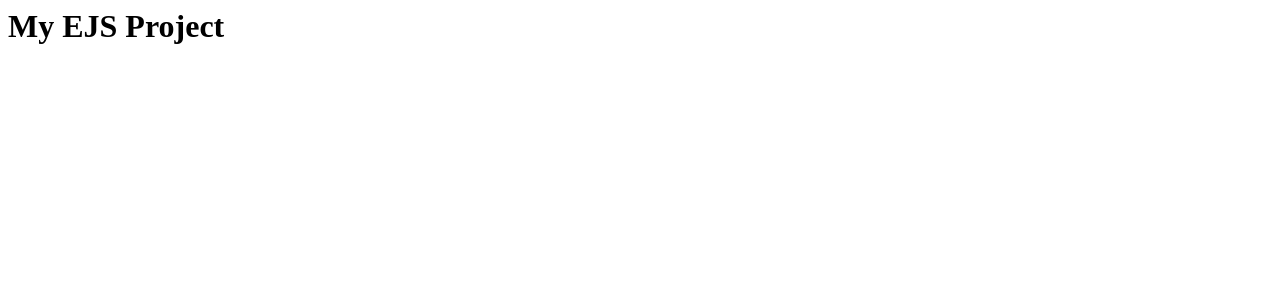
Repository: comp426-2023-spring/a99-SnowPile
Page: http://localhost/
The author's editor kept a copy of each file at every save. The page is drawn from the files as they stood at one save, then again after a run of saves.
The browser window is 1280 px wide. The pictures show the whole page.
The page is served by the project's Node server (app.js).

Above is the page before, as saved 2023-04-15 17:28:17.

After the next 2 saves:
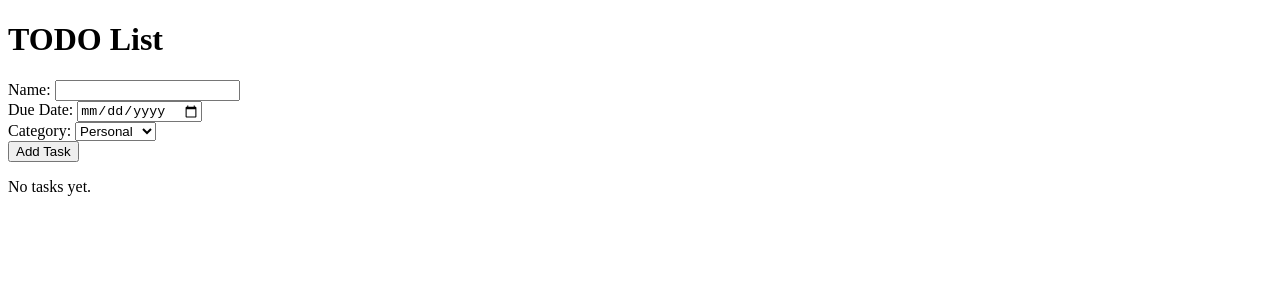
Not found: frontend/styles.css
The 2 saves are shown as one change because 1 did not build or start.
The last was saved 12 min 7 s later.
--- a/frontend/views/index.ejs
+++ b/frontend/views/index.ejs
@@ -1,8 +1,46 @@
+<!DOCTYPE html>
 <html>
 <head>
-  <title><%= title %></title>
+  <title>TODO List</title>
+  <link rel="stylesheet" type="text/css" href="/styles.css">
 </head>
 <body>
-  <h1><%= title %></h1>
+  <h1>TODO List</h1>
+  <form action="/addTask" method="post">
+    <label for="name">Name:</label>
+    <input type="text" name="name" id="name" required>
+    <br>
+    <label for="date">Due Date:</label>
+    <input type="date" name="date" id="date" required>
+    <br>
+    <label for="category">Category:</label>
+    <select name="category" id="category">
+      <option value="personal">Personal</option>
+      <option value="academic">Academic</option>
+      <option value="work">Work</option>
+    </select>
+    <br>
+    <button type="submit">Add Task</button>
+  </form>
+
+  <% if (tasks.length > 0) { %>
+    <ul>
+      <% tasks.forEach((task, index) => { %>
+        <li>
+          <%= task.name %> - <%= task.date %> (<%= task.category %>)
+          <form action="/updateTask" method="post">
+            <input type="hidden" name="index" value="<%= index %>">
+            <label for="name">Name:</label>
+            <input type="text" name="name" value="<%= task.name %>" required>
+            <label for="date">Due Date:</label>
+            <input type="date" name="date" value="<%= task.date %>" required>
+            <button type="submit">Update</button>
+          </form>
+        </li>
+      <% }) %>
+    </ul>
+  <% } else { %>
+    <p>No tasks yet.</p>
+  <% } %>
 </body>
 </html>
--- a/frontend/app.js
+++ b/frontend/app.js
@@ -1,12 +1,54 @@
 const express = require('express');
+const bodyParser = require('body-parser');
 const app = express();
+const port = 3000;
 
+// set up body-parser middleware
+app.use(bodyParser.urlencoded({ extended: false }));
+
+// set up view engine
 app.set('view engine', 'ejs');
 
-app.get('/', function(req, res) {
-  res.render('index', { title: 'My EJS Project' });
+// set up static folder
+app.use(express.static('public'));
+
+// initialize tasks array
+let tasks = [];
+
+// render index page with tasks array
+app.get('/', (req, res) => {
+  res.render('index', { tasks: tasks });
 });
 
-app.listen(3000, function() {
-  console.log('App listening on port 3000!');
+// create new task and add to tasks array
+app.post('/addTask', (req, res) => {
+  const taskName = req.body.taskName;
+  const dueDate = req.body.dueDate;
+  const category = req.body.category;
+
+  const newTask = {
+    name: taskName,
+    due: dueDate,
+    category: category,
+  };
+
+  tasks.push(newTask);
+  res.redirect('/');
 });
+
+// edit existing task
+app.post('/editTask/:id', (req, res) => {
+  const id = req.params.id;
+  const taskName = req.body.taskName;
+  const dueDate = req.body.dueDate;
+
+  tasks[id].name = taskName;
+  tasks[id].due = dueDate;
+
+  res.redirect('/');
+});
+
+// start server
+app.listen(port, () => {
+  console.log(`App listening at http://localhost:${port}`);
+});

After the save that followed:
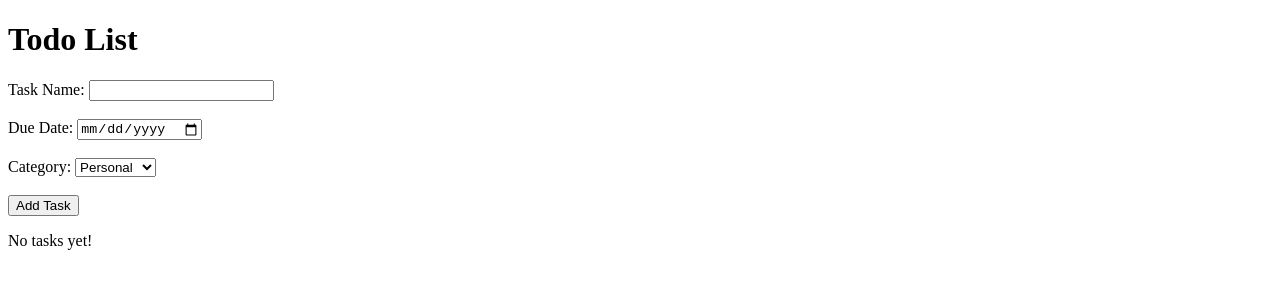
Saved 32 s later.
--- a/frontend/views/index.ejs
+++ b/frontend/views/index.ejs
@@ -1,46 +1,52 @@
 <!DOCTYPE html>
 <html>
-<head>
-  <title>TODO List</title>
-  <link rel="stylesheet" type="text/css" href="/styles.css">
-</head>
-<body>
-  <h1>TODO List</h1>
-  <form action="/addTask" method="post">
-    <label for="name">Name:</label>
-    <input type="text" name="name" id="name" required>
-    <br>
-    <label for="date">Due Date:</label>
-    <input type="date" name="date" id="date" required>
-    <br>
-    <label for="category">Category:</label>
-    <select name="category" id="category">
-      <option value="personal">Personal</option>
-      <option value="academic">Academic</option>
-      <option value="work">Work</option>
-    </select>
-    <br>
-    <button type="submit">Add Task</button>
-  </form>
+  <head>
+    <title>Todo List</title>
+  </head>
+  <body>
+    <h1>Todo List</h1>
+    <form action="/addTask" method="POST">
+      <label for="taskName">Task Name:</label>
+      <input type="text" id="taskName" name="taskName" required><br><br>
 
-  <% if (tasks.length > 0) { %>
-    <ul>
-      <% tasks.forEach((task, index) => { %>
-        <li>
-          <%= task.name %> - <%= task.date %> (<%= task.category %>)
-          <form action="/updateTask" method="post">
-            <input type="hidden" name="index" value="<%= index %>">
-            <label for="name">Name:</label>
-            <input type="text" name="name" value="<%= task.name %>" required>
-            <label for="date">Due Date:</label>
-            <input type="date" name="date" value="<%= task.date %>" required>
-            <button type="submit">Update</button>
-          </form>
-        </li>
-      <% }) %>
-    </ul>
-  <% } else { %>
-    <p>No tasks yet.</p>
-  <% } %>
-</body>
+      <label for="dueDate">Due Date:</label>
+      <input type="date" id="dueDate" name="dueDate" required><br><br>
+
+      <label for="category">Category:</label>
+      <select id="category" name="category">
+        <option value="Personal">Personal</option>
+        <option value="Academic">Academic</option>
+        <option value="Work">Work</option>
+      </select><br><br>
+
+      <input type="submit" value="Add Task">
+    </form>
+
+    <% if (tasks.length === 0) { %>
+      <p>No tasks yet!</p>
+    <% } else { %>
+      <table>
+        <tr>
+          <th>Task Name</th>
+          <th>Due Date</th>
+          <th>Category</th>
+          <th>Edit</th>
+        </tr>
+        <% for (let i = 0; i < tasks.length; i++) { %>
+          <tr>
+            <td><%= tasks[i].name %></td>
+            <td><%= tasks[i].due %></td>
+            <td><%= tasks[i].category %></td>
+            <td>
+              <form action="/editTask/<%= i %>" method="POST">
+                <input type="text" name="taskName" value="<%= tasks[i].name %>" required>
+                <input type="date" name="dueDate" value="<%= tasks[i].due %>" required>
+                <input type="submit" value="Edit">
+              </form>
+            </td>
+          </tr>
+        <% } %>
+      </table>
+    <% } %>
+  </body>
 </html>
